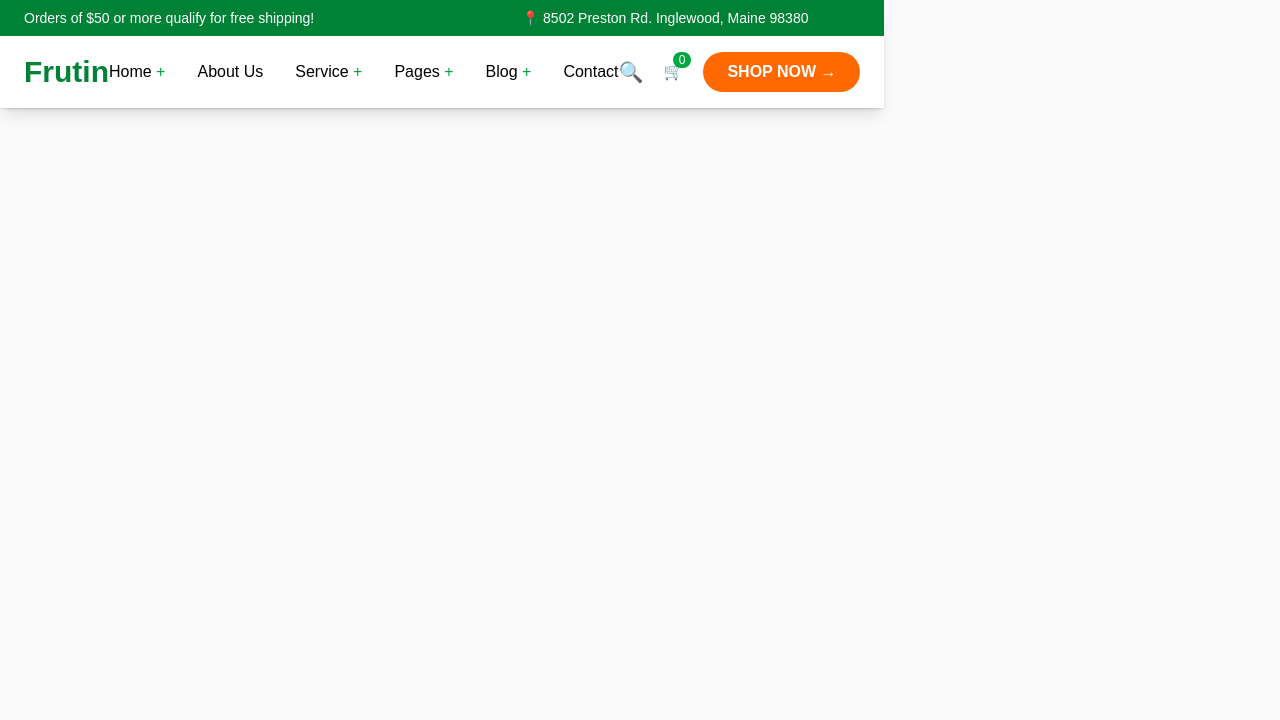
Repository: sawon687/Ass-scic-9-Ecomerce-Project
Page: /
These files come from the project's save history. The page is drawn as it stood at one moment and after the next save; the edit follows.
The browser window is 1280 px wide. The pictures show the whole page.
The project was rebuilt for these pictures with package versions that can differ from the ones it lists, and the page was loaded fresh each time. The framework's server and built-in components were replaced by stand-ins that run in the browser. Also part of the build but not shown: next.config.mjs.

Above is the page before, as saved 2026-01-13 22:48:31.

After the next save:
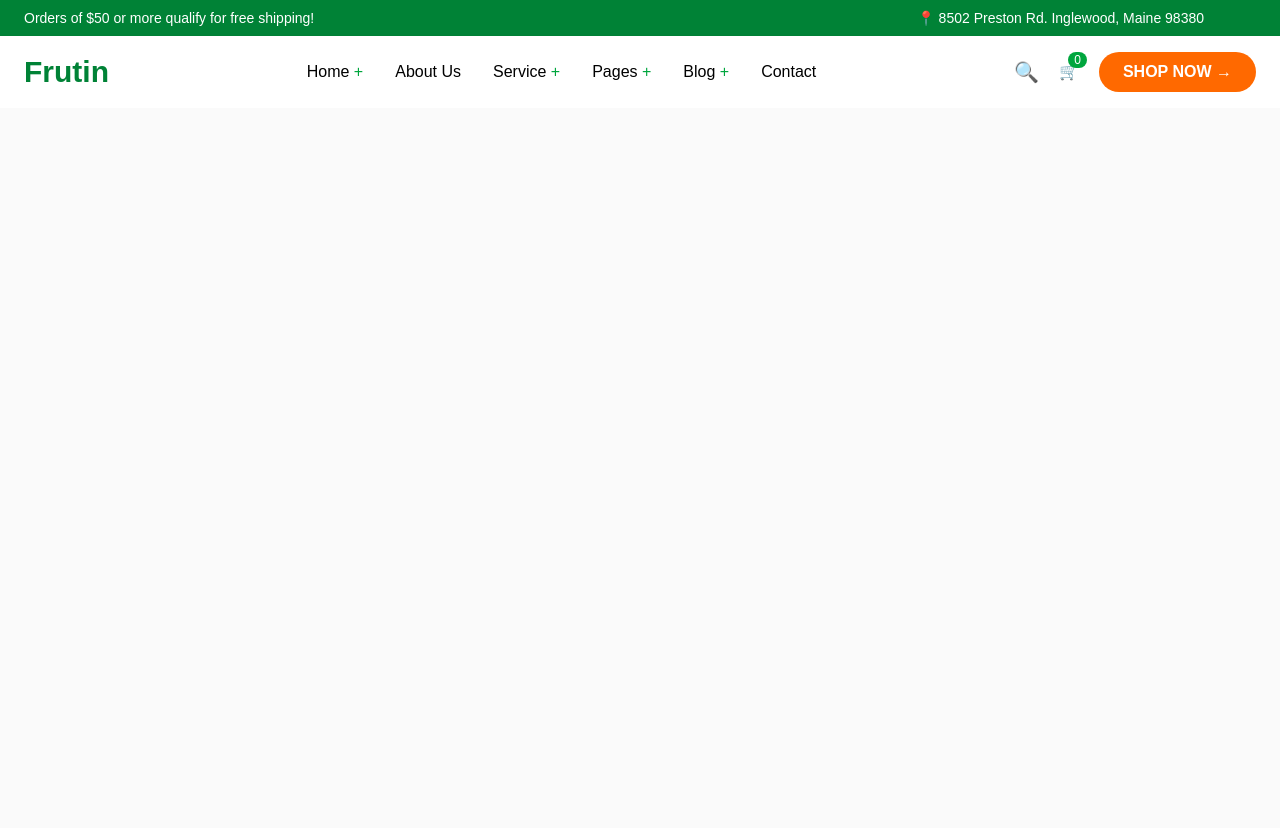
Saved 23 s later.
--- a/src/app/Components/Navbar/Navbar.jsx
+++ b/src/app/Components/Navbar/Navbar.jsx
@@ -2,7 +2,7 @@
 
 const Navbar = () => {
     return (
-        <div className='fixed shadow-lg'>
+        <div className=''>
            {/* <!-- TOP INFO BAR --> */}
 <div class="bg-green-700 text-white text-sm">
   <div class="max-w-7xl mx-auto flex justify-between items-center px-6 py-2">
